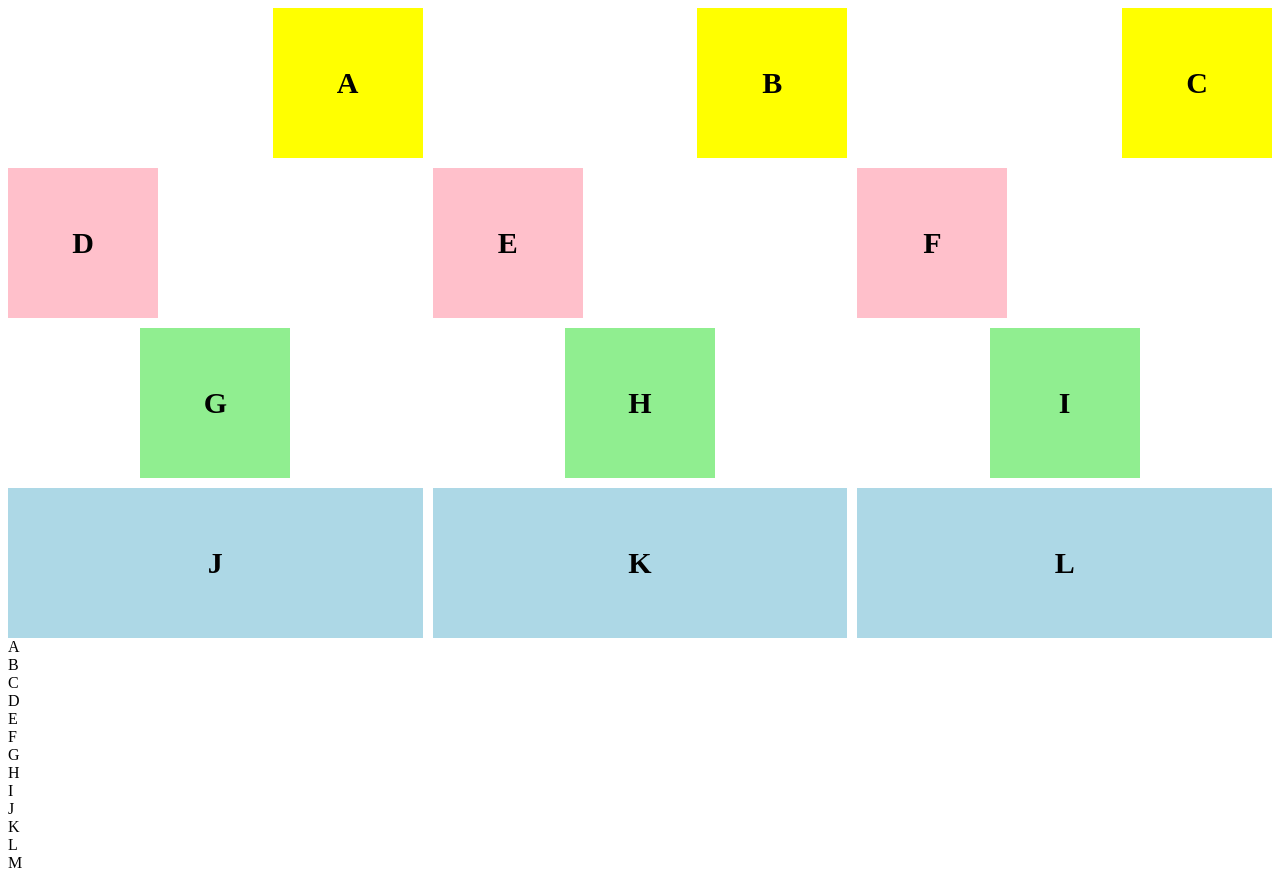
Repository: Yevhen94/nixhw
Page: fourth-lesson/index.html
The author's editor kept a copy of each file at every save. The page is drawn from the files as they stood at one save, then again after the next save.
The browser window is 1280 px wide. The pictures show the whole page.

Above is the page before, as saved 2022-02-08 14:33:12.

### fourth-lesson/index.html
<!DOCTYPE html>
<html lang="en">
  <head>
    <meta charset="UTF-8" />
    <meta http-equiv="X-UA-Compatible" content="IE=edge" />
    <meta name="viewport" content="width=device-width, initial-scale=1.0" />
    <link rel="stylesheet" href="./styles/index.css" />
    <title>Flex+Grid</title>
  </head>
  <body>
    <div class="first-ex">
      <div class="block block--yellow">
        <span>A</span>
      </div>
      <div class="block block--yellow">
        <span>B</span>
      </div>
      <div class="block block--yellow">
        <span>C</span>
      </div>
      <div class="block block--pink">
        <span>D</span>
      </div>
      <div class="block block--pink">
        <span>E</span>
      </div>
      <div class="block block--pink">
        <span>F</span>
      </div>
      <div class="block block--green">
        <span>G</span>
      </div>
      <div class="block block--green">
        <span>H</span>
      </div>
      <div class="block block--green">
        <span>I</span>
      </div>
      <div class="block block--blue">
        <span>J</span>
      </div>
      <div class="block block--blue">
        <span>K</span>
      </div>
      <div class="block block--blue">
        <span>L</span>
      </div>
    </div>
    <div class="second-ex">
      <div class="resp-block">
        <span>A</span>
      </div>
      <div class="resp-block">
        <span>B</span>
      </div>
      <div class="resp-block">
        <span>C</span>
      </div>
      <div class="resp-block">
        <span>D</span>
      </div>
      <div class="resp-block">
        <span>E</span>
      </div>
      <div class="resp-block">
        <span>F</span>
      </div>
      <div class="resp-block">
        <span>G</span>
      </div>
      <div class="resp-block">
        <span>H</span>
      </div>
      <div class="resp-block">
        <span>I</span>
      </div>
      <div class="resp-block">
        <span>J</span>
      </div>
      <div class="resp-block">
        <span>K</span>
      </div>
      <div class="resp-block">
        <span>L</span>
      </div>
      <div class="resp-block">
        <span>M</span>
      </div>
    </div>
  </body>
</html>

### fourth-lesson/styles/index.css
.first-ex {
  grid-template-columns: repeat(3, 1fr);
  display: grid;
  gap: 10px;
}

.block {
  justify-content: center;
  align-items: center;
  min-height: 150px;
  font-weight: bold;
  min-width: 150px;
  font-size: 30px;
  display: flex;
}

.block--yellow {
  background-color: yellow;
  justify-self: end;
}

.block--pink {
  background-color: pink;
  justify-self: start;
}

.block--green {
  background-color: lightgreen;
  justify-self: center;
}

.block--blue {
  background-color: lightblue;
}

.second-ex {
  display: grid;
  grid-template-columns: repeat(autofill, minmax(200px, 1fr));
}

After the next save:
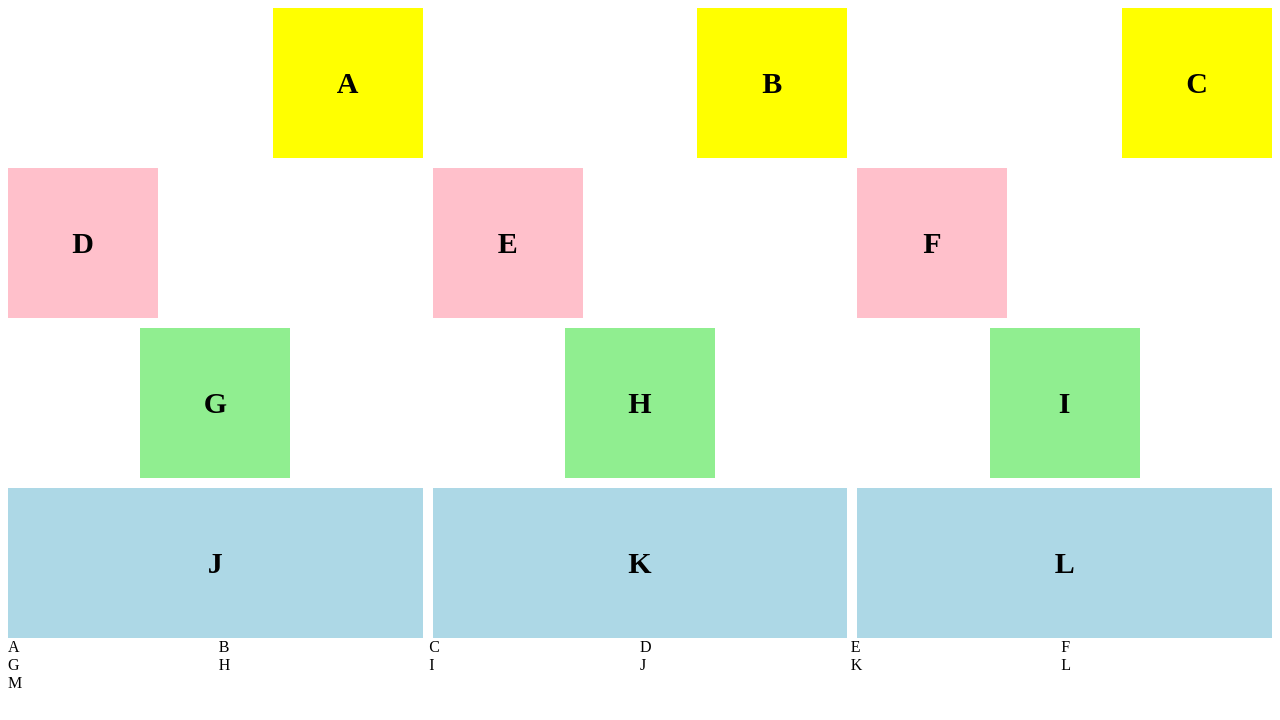
Saved 27 s later.
--- a/fourth-lesson/styles/index.css
+++ b/fourth-lesson/styles/index.css
@@ -35,5 +35,5 @@
 
 .second-ex {
   display: grid;
-  grid-template-columns: repeat(autofill, minmax(200px, 1fr));
+  grid-template-columns: repeat(auto-fill, minmax(200px, 1fr));
 }
